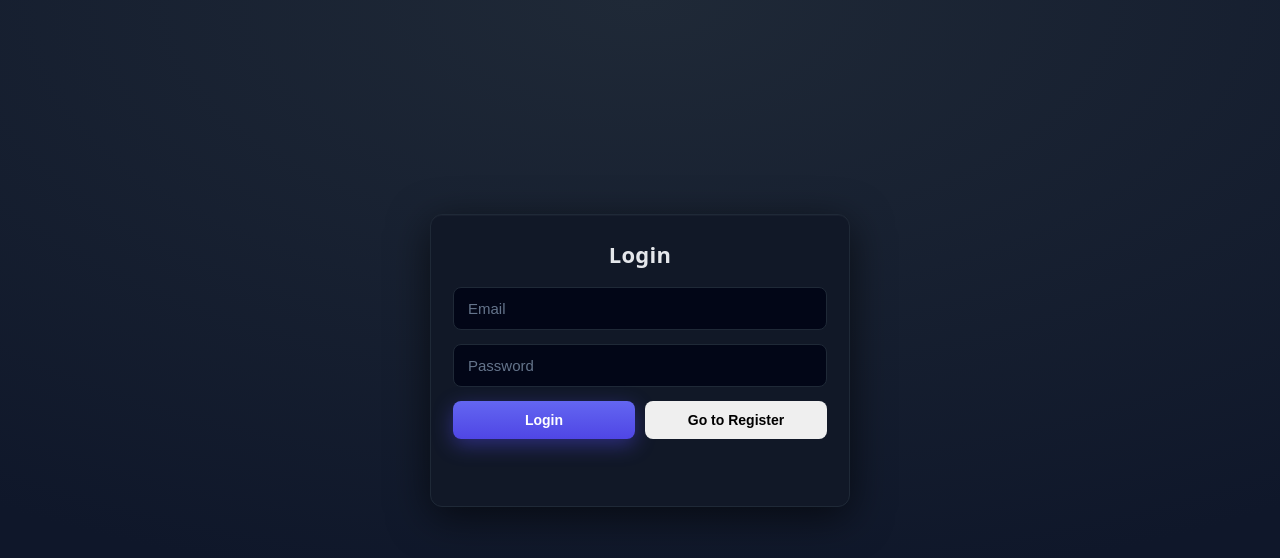
Repository: xqill275/AshChat
Page: public/login.html
An editor plug-in stored every save of this project. The page is shown before and after the next save, followed by the edit.
The browser window is 1280 px wide. The pictures show the whole page.

Above is the page before, as saved 2026-02-13 23:22:03.

### public/login.html
<!doctype html>
<html lang="en">
  <head>
    <meta charset="utf-8" />
    <title>Login</title>
    <meta name="viewport" content="width=device-width, initial-scale=1" />
    <link rel="stylesheet" href="css/login.css" />
  </head>

  <body>
    <div class="card">
      <h2>Login</h2>

      <div class="field">
        <input id="email" placeholder="Email" />
      </div>

      <div class="field">
        <input id="password" type="password" placeholder="Password" />
      </div>

      <div class="actions">
        <button id="btn">Login</button>
        <button id="reg">Go to Register</button>
      </div>

      <pre id="out"></pre>
    </div>

    <script>
      document.getElementById("btn").onclick = async () => {
        const res = await fetch("/auth/login", {
          method: "POST",
          headers: { "content-type": "application/json" },
          credentials: "include",
          body: JSON.stringify({
            email: email.value,
            password: password.value
          })
        });

        out.textContent = await res.text();
        if (res.ok) location.href = "/app.html";
      };

      document.getElementById("reg").onclick = () => {
        location.href = "/register.html";
      };
    </script>
  </body>
</html>

### public/css/login.css
/* ---- Reset / base ---- */
* {
  box-sizing: border-box;
}

html, body {
  height: 100%;
  margin: 0;
  font-family: system-ui, -apple-system, BlinkMacSystemFont, "Segoe UI",
    Roboto, Oxygen, Ubuntu, Cantarell, sans-serif;
  background: radial-gradient(1200px 600px at top, #1f2937, #0f172a);
  color: #e5e7eb;
}

/* ---- Layout ---- */
body {
  display: flex;
  align-items: center;
  justify-content: center;
  padding: 16px;
}

/* ---- Card ---- */
.card {
  width: 100%;
  max-width: 420px;
  background: #111827;
  border: 1px solid #1f2937;
  border-radius: 12px;
  padding: 24px 22px 22px;
  box-shadow:
    0 10px 40px rgba(0, 0, 0, 0.6),
    inset 0 1px 0 rgba(255, 255, 255, 0.03);
}

.card h2 {
  margin: 0 0 18px;
  font-size: 22px;
  font-weight: 600;
  text-align: center;
  letter-spacing: 0.3px;
}

/* ---- Fields ---- */
.field {
  margin-bottom: 14px;
}

.field input {
  width: 100%;
  padding: 12px 14px;
  border-radius: 8px;
  border: 1px solid #1f2937;
  background: #020617;
  color: #e5e7eb;
  font-size: 15px;
  outline: none;
  transition: border-color 0.15s, box-shadow 0.15s;
}

.field input::placeholder {
  color: #64748b;
}

.field input:focus {
  border-color: #6366f1;
  box-shadow: 0 0 0 3px rgba(99, 102, 241, 0.25);
}

/* ---- Actions ---- */
.actions {
  display: flex;
  gap: 10px;
  margin-top: 8px;
}

.actions button {
  flex: 1;
  padding: 11px 14px;
  border-radius: 8px;
  border: none;
  font-size: 14px;
  font-weight: 600;
  cursor: pointer;
  transition: transform 0.05s, background 0.15s, box-shadow 0.15s;
}

/* Primary */
#btn {
  background: linear-gradient(180deg, #6366f1, #4f46e5);
  color: white;
  box-shadow: 0 6px 20px rgba(79, 70, 229, 0.45);
}

#btn:hover {
  background: linear-gradient(180deg, #7075f4, #5b53eb);
}

#btn:active {
  transform: translateY(1px);
}

/* Secondary */
#login {
  background: #1f2937;
  color: #e5e7eb;
  border: 1px solid #334155;
}

#login:hover {
  background: #243041;
}

/* ---- Output / errors ---- */
#out {
  margin-top: 14px;
  min-height: 18px;
  font-size: 13px;
  color: #f87171;
  white-space: pre-wrap;
  text-align: center;
}

/* ---- Small screens ---- */
@media (max-width: 420px) {
  .card {
    padding: 20px 18px;
  }
}

After the next save:
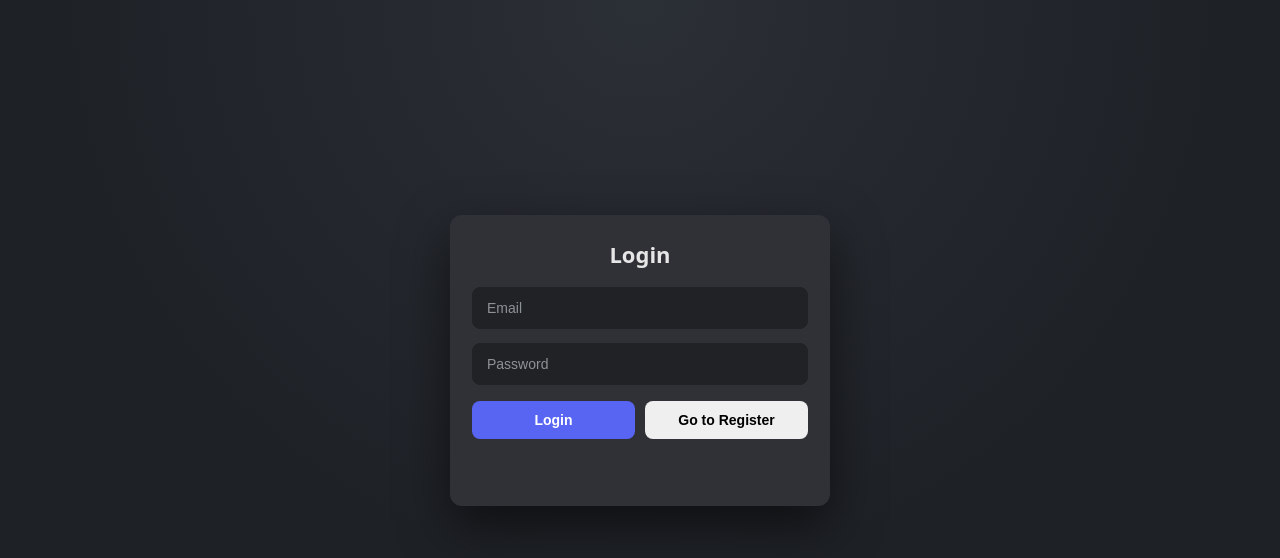
Saved 39 s later.
--- a/public/css/login.css
+++ b/public/css/login.css
@@ -7,9 +7,9 @@ html, body {
   height: 100%;
   margin: 0;
   font-family: system-ui, -apple-system, BlinkMacSystemFont, "Segoe UI",
-    Roboto, Oxygen, Ubuntu, Cantarell, sans-serif;
-  background: radial-gradient(1200px 600px at top, #1f2937, #0f172a);
-  color: #e5e7eb;
+    Roboto, Ubuntu, Cantarell, "Helvetica Neue", Arial, sans-serif;
+  background: radial-gradient(circle at top, #2b2f36, #1e2126 60%);
+  color: #e6e6e6;
 }
 
 /* ---- Layout ---- */
@@ -23,22 +23,30 @@ body {
 /* ---- Card ---- */
 .card {
   width: 100%;
-  max-width: 420px;
-  background: #111827;
-  border: 1px solid #1f2937;
+  max-width: 380px;
+  background: #2f3136;
   border-radius: 12px;
   padding: 24px 22px 22px;
-  box-shadow:
-    0 10px 40px rgba(0, 0, 0, 0.6),
-    inset 0 1px 0 rgba(255, 255, 255, 0.03);
+  box-shadow: 0 20px 50px rgba(0, 0, 0, 0.55);
+  animation: fadeIn 0.4s ease;
+}
+
+@keyframes fadeIn {
+  from {
+    opacity: 0;
+    transform: translateY(10px);
+  }
+  to {
+    opacity: 1;
+    transform: none;
+  }
 }
 
 .card h2 {
   margin: 0 0 18px;
+  text-align: center;
   font-size: 22px;
-  font-weight: 600;
-  text-align: center;
-  letter-spacing: 0.3px;
+  font-weight: 700;
 }
 
 /* ---- Fields ---- */
@@ -50,65 +58,63 @@ body {
   width: 100%;
   padding: 12px 14px;
   border-radius: 8px;
-  border: 1px solid #1f2937;
-  background: #020617;
-  color: #e5e7eb;
-  font-size: 15px;
+  border: 1px solid #202225;
+  background: #202225;
+  color: #ffffff;
+  font-size: 14px;
   outline: none;
   transition: border-color 0.15s, box-shadow 0.15s;
 }
 
 .field input::placeholder {
-  color: #64748b;
+  color: #8e9297;
 }
 
 .field input:focus {
-  border-color: #6366f1;
-  box-shadow: 0 0 0 3px rgba(99, 102, 241, 0.25);
+  border-color: #5865f2;
+  box-shadow: 0 0 0 2px rgba(88, 101, 242, 0.25);
 }
 
 /* ---- Actions ---- */
 .actions {
   display: flex;
   gap: 10px;
-  margin-top: 8px;
+  margin-top: 16px;
 }
 
 .actions button {
   flex: 1;
-  padding: 11px 14px;
+  padding: 11px;
   border-radius: 8px;
   border: none;
+  font-weight: 600;
   font-size: 14px;
-  font-weight: 600;
   cursor: pointer;
-  transition: transform 0.05s, background 0.15s, box-shadow 0.15s;
+  transition: transform 0.05s, background 0.15s, opacity 0.15s;
+}
+
+.actions button:active {
+  transform: translateY(1px);
 }
 
 /* Primary */
 #btn {
-  background: linear-gradient(180deg, #6366f1, #4f46e5);
+  background: #5865f2;
   color: white;
-  box-shadow: 0 6px 20px rgba(79, 70, 229, 0.45);
 }
 
 #btn:hover {
-  background: linear-gradient(180deg, #7075f4, #5b53eb);
-}
-
-#btn:active {
-  transform: translateY(1px);
+  background: #4752c4;
 }
 
 /* Secondary */
 #login {
-  background: #1f2937;
-  color: #e5e7eb;
-  border: 1px solid #334155;
+  background: #3a3d44;
+  color: #dddddd;
 }
 
 #login:hover {
-  background: #243041;
+  background: #44474f;
 }
 
 /* ---- Output / errors ---- */
@@ -116,7 +122,7 @@ body {
   margin-top: 14px;
   min-height: 18px;
   font-size: 13px;
-  color: #f87171;
+  color: #f38686;
   white-space: pre-wrap;
   text-align: center;
 }
